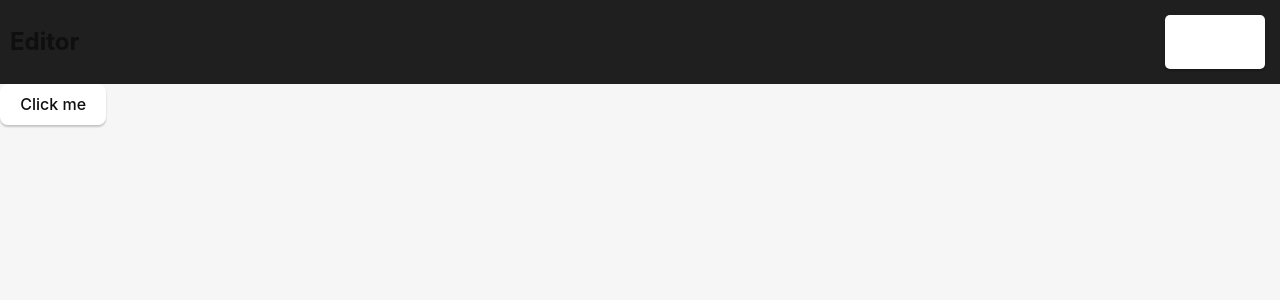
Repository: toasted226/visual-scripting-js
Page: /
These files come from the project's save history. The page is drawn as it stood at one moment and after the next save; the edit follows.
The browser window is 1280 px wide. The pictures show the whole page.
The project was rebuilt for these pictures with package versions that can differ from the ones it lists, and the page was loaded fresh each time. Also part of the build but not shown: vite.config.ts.

Above is the page before, as saved 2023-06-11 19:25:05.

After the next save:
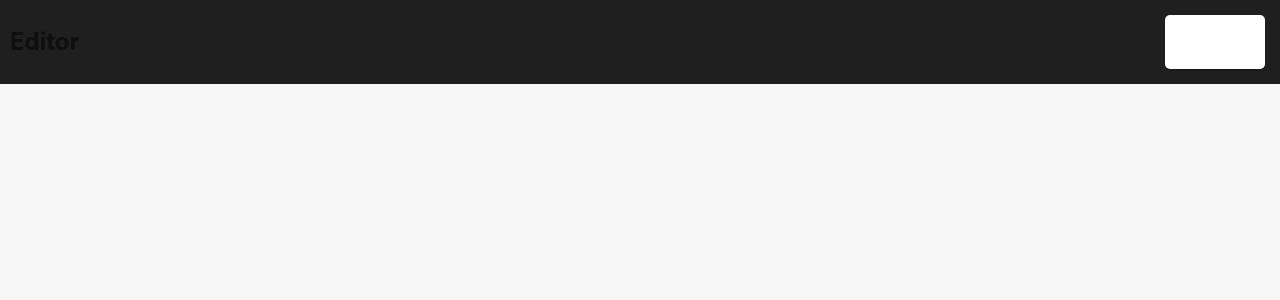
Saved 66 s later.
--- a/src/App.tsx
+++ b/src/App.tsx
@@ -4,22 +4,9 @@ import "./App.css";
 import Navbar from "./Navbar";
 
 function App() {
-    const [num, setNum] = useState(0);
-    const [text, setText] = useState("");
-
-    async function getText() {
-        const text: string = await invoke("get_text", {num});
-        setText(text);
-    }
-
     return (
         <div className="container">
             <Navbar />
-            <button onClick={() => {
-                setNum(num + 1);
-                getText();
-            }}>Click me</button>
-            <p>{text}</p>
         </div>
     );
 }
